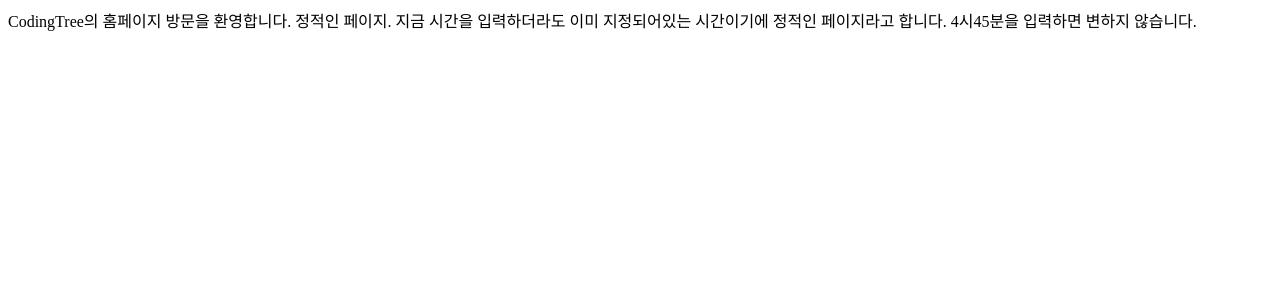
Repository: pol963/Jsp
Page: WEB/webapp/index.html
An editor plug-in stored every save of this project. The page is shown before and after the next save, followed by the edit.
The browser window is 1280 px wide. The pictures show the whole page.

Above is the page before, as saved 2022-04-28 21:27:44.

### WEB/webapp/index.html
<!DOCTYPE html>
<html>
<head>
<meta charset="UTF-8">
<title>Insert title here</title>
</head>
<body>

	CodingTree의 홈페이지 방문을 환영합니다.
	정적인 페이지.
	지금 시간을 입력하더라도 이미 지정되어있는 시간이기에 정적인
	페이지라고 합니다.
	4시45분을 입력하면 변하지 않습니다.

</body>
</html>

After the next save:
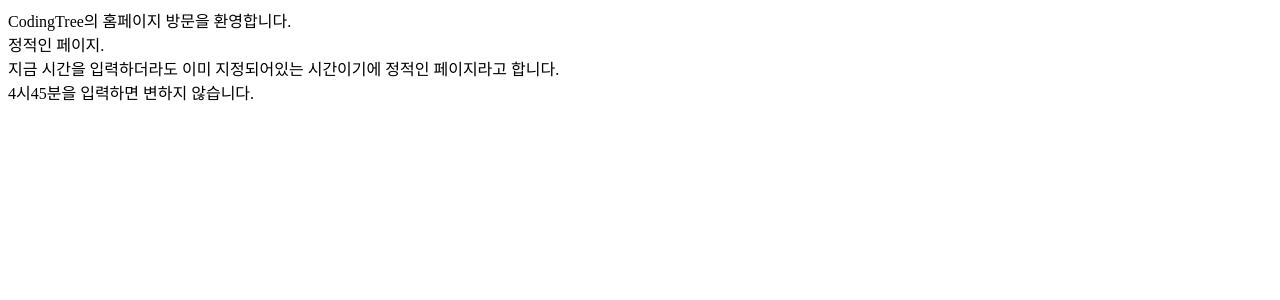
Saved 64 s later.
--- a/WEB/webapp/index.html
+++ b/WEB/webapp/index.html
@@ -6,11 +6,11 @@
 </head>
 <body>
 
-	CodingTree의 홈페이지 방문을 환영합니다.
-	정적인 페이지.
+	CodingTree의 홈페이지 방문을 환영합니다.<br>
+	정적인 페이지.<br>
 	지금 시간을 입력하더라도 이미 지정되어있는 시간이기에 정적인
-	페이지라고 합니다.
-	4시45분을 입력하면 변하지 않습니다.
+	페이지라고 합니다.<br>
+	4시45분을 입력하면 변하지 않습니다.<br>
 
 </body>
 </html>
